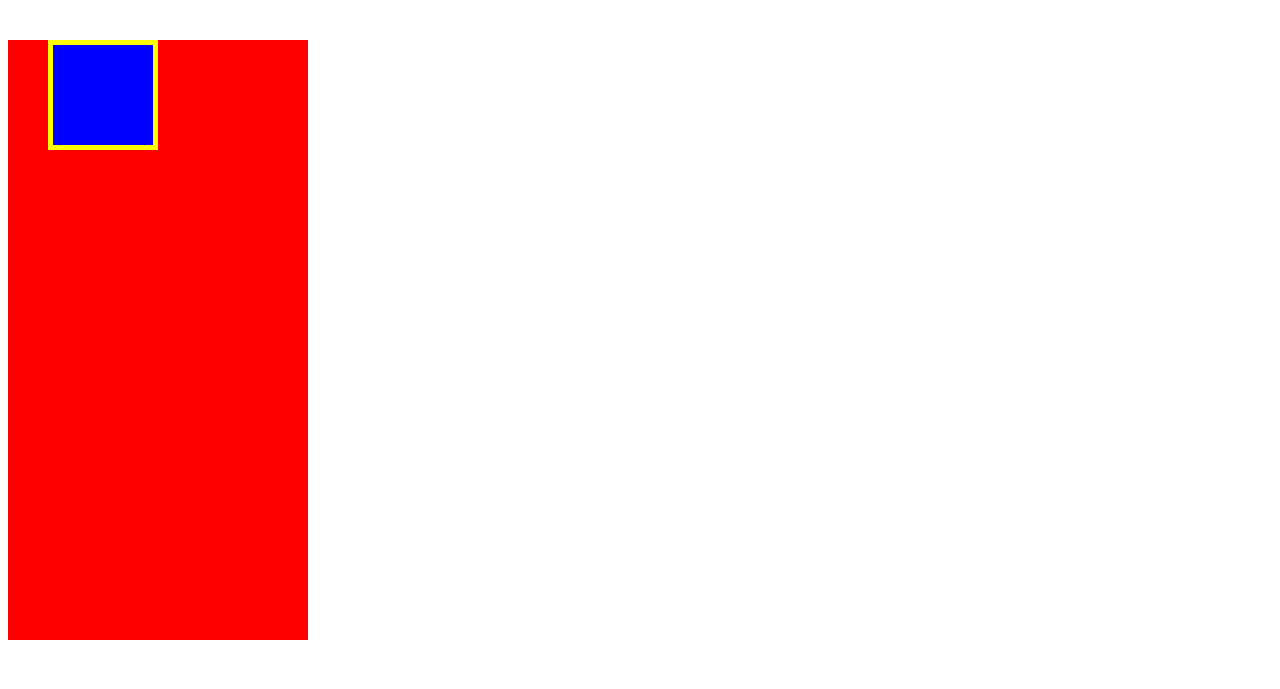
Repository: Souax/prac_20231021
Page: box/box.html
The author's editor kept a record of every edit. The page is drawn from the files as they stood at one moment, then again after the next edit.
The browser window is 1280 px wide. The pictures show the whole page.

Above is the page before.

### box/box.html
<!DOCTYPE html>
<html lang="ja">

<head>
  <meta charset="UTF-8"/>
  <link rel="stylesheet" href="box.css">
  <title>BOX</title>
</head>

<body>
  <div class="box1">
  <div class="box2"></div>
  </div>
</body>

</html>

### box/box.css
.box1{
  width:300px;
  height:600px;
  background-color:red;
}

.box2{
  width:100px;
  height:100px;
  background-color:blue;
  border:solid 5px yellow;
  margin-top:40px;
  margin-right:40px;
  margin-bottom:40px;
  margin-left:40px;
}

After the next edit:
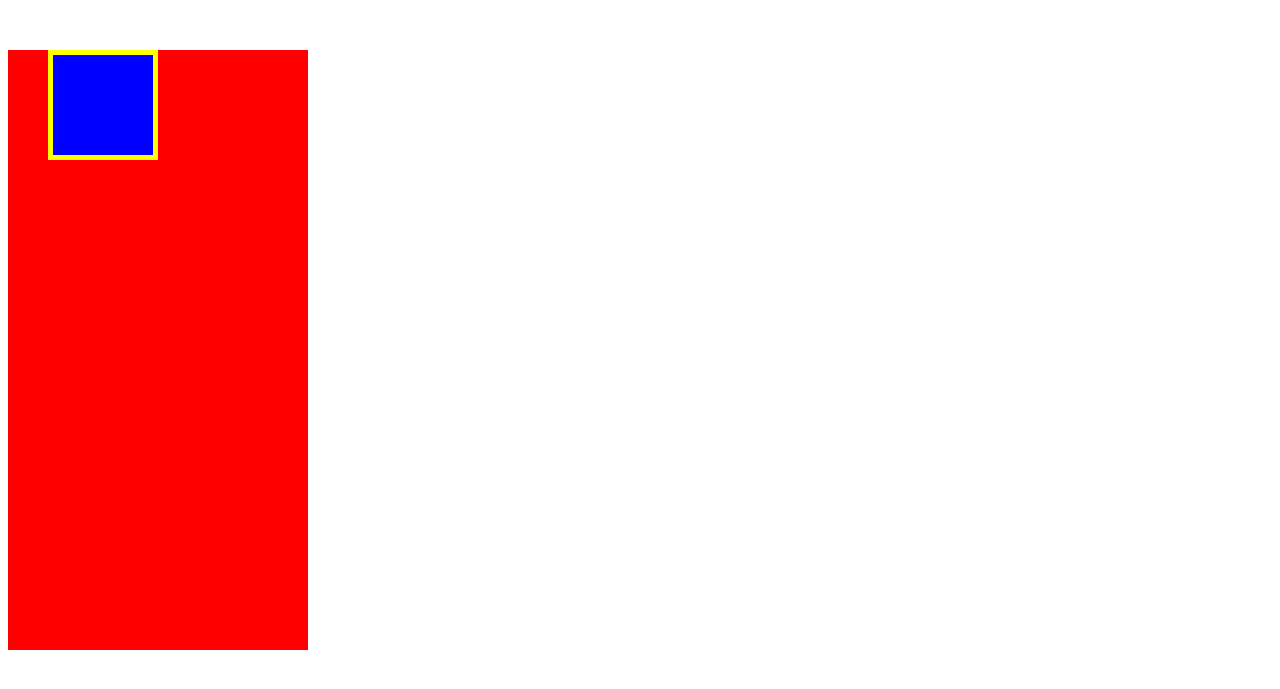
The edit:
--- a/box/box.css
+++ b/box/box.css
@@ -9,7 +9,7 @@
   height:100px;
   background-color:blue;
   border:solid 5px yellow;
-  margin-top:40px;
+  margin-top:50px;
   margin-right:40px;
   margin-bottom:40px;
   margin-left:40px;
